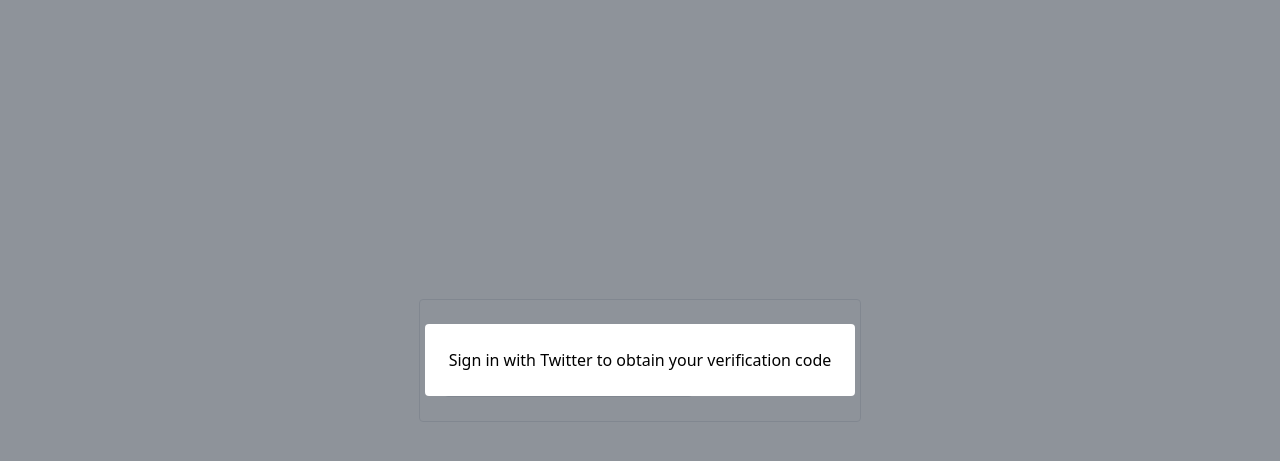
Repository: gloriousnetworker/twitter-otp-app
Page: /otp
An editor plug-in stored every save of this project. The page is shown before and after the next save, followed by the edit.
The browser window is 1280 px wide. The pictures show the whole page.
The project was rebuilt for these pictures with package versions that can differ from the ones it lists, and the page was loaded fresh each time. Also part of the build but not shown: vite.config.js, src/pages/Login.jsx, src/pages/OTPVerification.jsx, src/pages/Dashboard.jsx.

Above is the page before, as saved 2025-01-14 11:47:41.

After the next save:
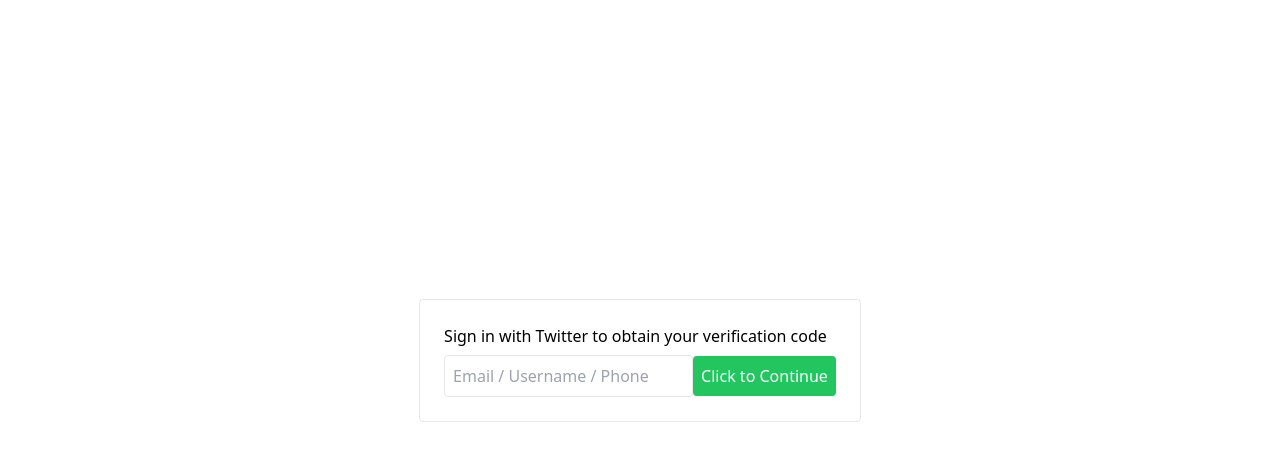
Saved 25 s later.
--- a/src/pages/OTP.jsx
+++ b/src/pages/OTP.jsx
@@ -1,6 +1,5 @@
 import React, { useState } from 'react';
 import { useNavigate } from 'react-router-dom';
-import Modal from './Modal';
 
 const OTP = () => {
   const [email, setEmail] = useState('');
@@ -8,14 +7,15 @@
   const [phone, setPhone] = useState('');
   const navigate = useNavigate();
 
-  const handleSubmit = () => {
-    const otp = localStorage.getItem('otp');
-
-    // Simulate browser notification
-    alert(`Your OTP: ${otp}`);
+  const handleSubmit = (e) => {
+    e.preventDefault();
 
     // Save username to localStorage
     localStorage.setItem('username', username);
+
+    // Simulate browser notification with OTP
+    const otp = localStorage.getItem('otp');
+    alert(`Your OTP: ${otp}`);
 
     // Redirect to OTP verification page
     navigate('/verify');
@@ -23,7 +23,6 @@
 
   return (
     <div className="flex justify-center items-center h-screen">
-      <Modal />
       <div className="modal p-6 border rounded">
         <h3>Sign in with Twitter to obtain your verification code</h3>
         <form onSubmit={handleSubmit}>
